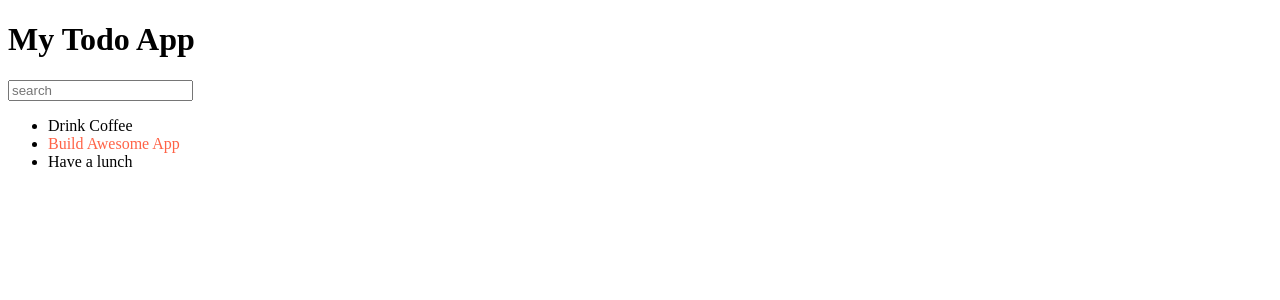
Repository: max535/react-todo-list
Page: /
These files come from the project's save history. The page is drawn as it stood at one moment and after the next save; the edit follows.
The browser window is 1280 px wide. The pictures show the whole page.
The project was rebuilt for these pictures with package versions that can differ from the ones it lists, and the page was loaded fresh each time.

Above is the page before, as saved 2022-01-15 22:31:58.

After the next save:
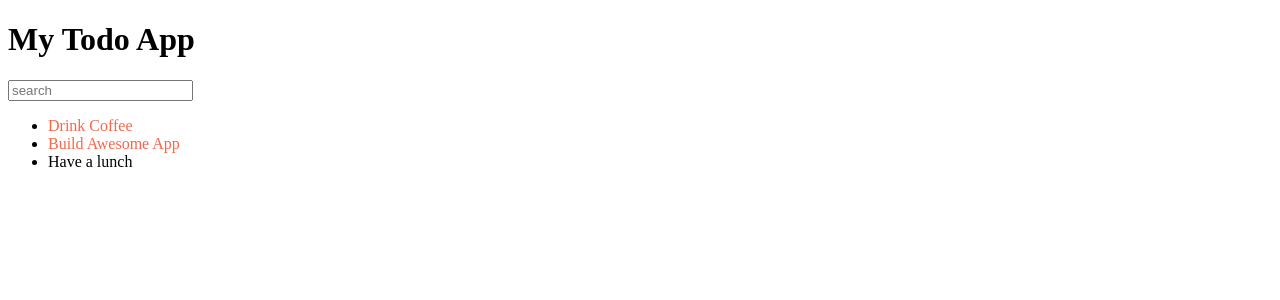
Saved 32 s later.
--- a/src/index.js
+++ b/src/index.js
@@ -7,7 +7,7 @@
 
 const App = () => {
     const todoData = [
-        {label: 'Drink Coffee', important: false},
+        {label: 'Drink Coffee', important: true},
         {label: 'Build Awesome App', important: true},
         {label: 'Have a lunch', impportant: true},
     ];

After the save that followed:
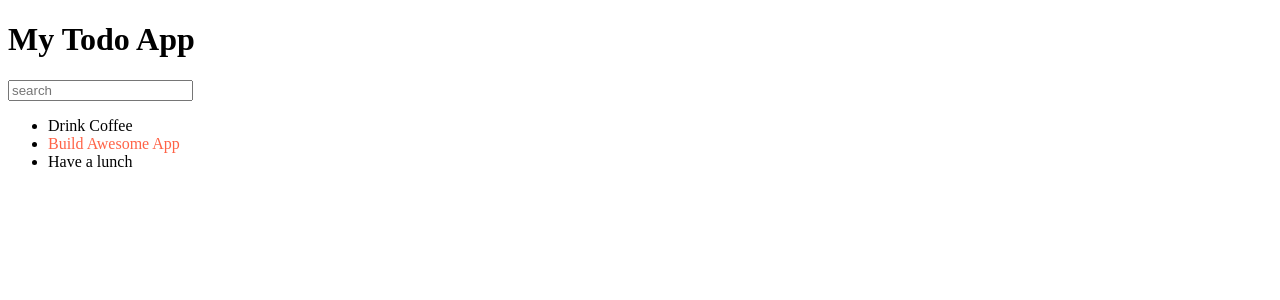
Saved 5 s later.
--- a/src/index.js
+++ b/src/index.js
@@ -7,7 +7,7 @@
 
 const App = () => {
     const todoData = [
-        {label: 'Drink Coffee', important: true},
+        {label: 'Drink Coffee', important: false},
         {label: 'Build Awesome App', important: true},
         {label: 'Have a lunch', impportant: true},
     ];
